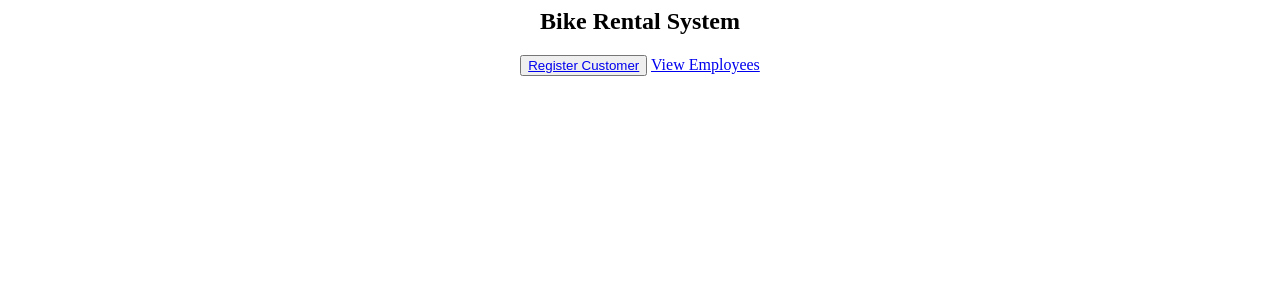
Repository: Nuthan12/Bike-Rental-System
Page: http://localhost/Bike_Rental_System/
These files come from the project's save history. The page is drawn as it stood at one moment and after the next save; the edit follows.
The browser window is 1280 px wide. The pictures show the whole page.
The page is served by Tomcat 9. Other server files are loaded and not shown.

Above is the page before, as saved 2023-05-05 09:29:13.

### Bike_Rental_System/src/main/webapp/index.jsp
<html>
<head>
	<title>
		Bike Rental System
	</title>
</head>
<body>
<center>
	<h2>Bike Rental System</h2>


<button><a href="customerRegistrationForm">Register Customer</a>  </button>
<a href="viewCustomers">View Employees</a>
</center>
</body>
</html>

After the next save:
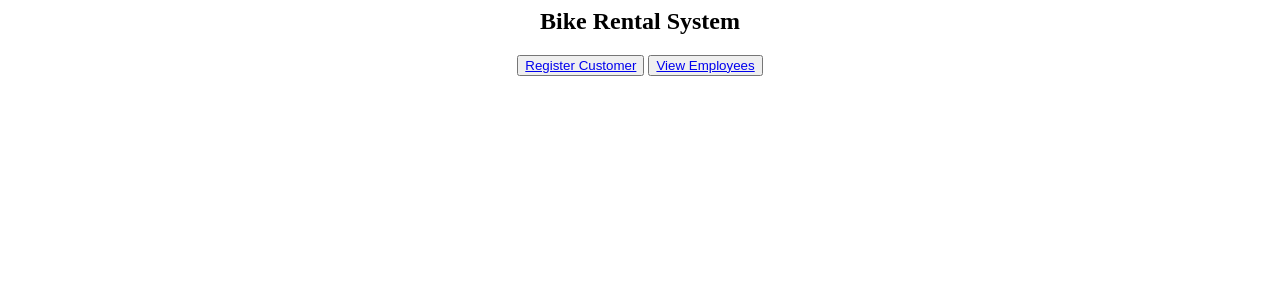
Saved 22 s later.
--- a/Bike_Rental_System/src/main/webapp/index.jsp
+++ b/Bike_Rental_System/src/main/webapp/index.jsp
@@ -10,7 +10,7 @@
 
 
 <button><a href="customerRegistrationForm">Register Customer</a>  </button>
-<a href="viewCustomers">View Employees</a>
+<button><a href="viewCustomers">View Employees</a> </button>
 </center>
 </body>
 </html>
